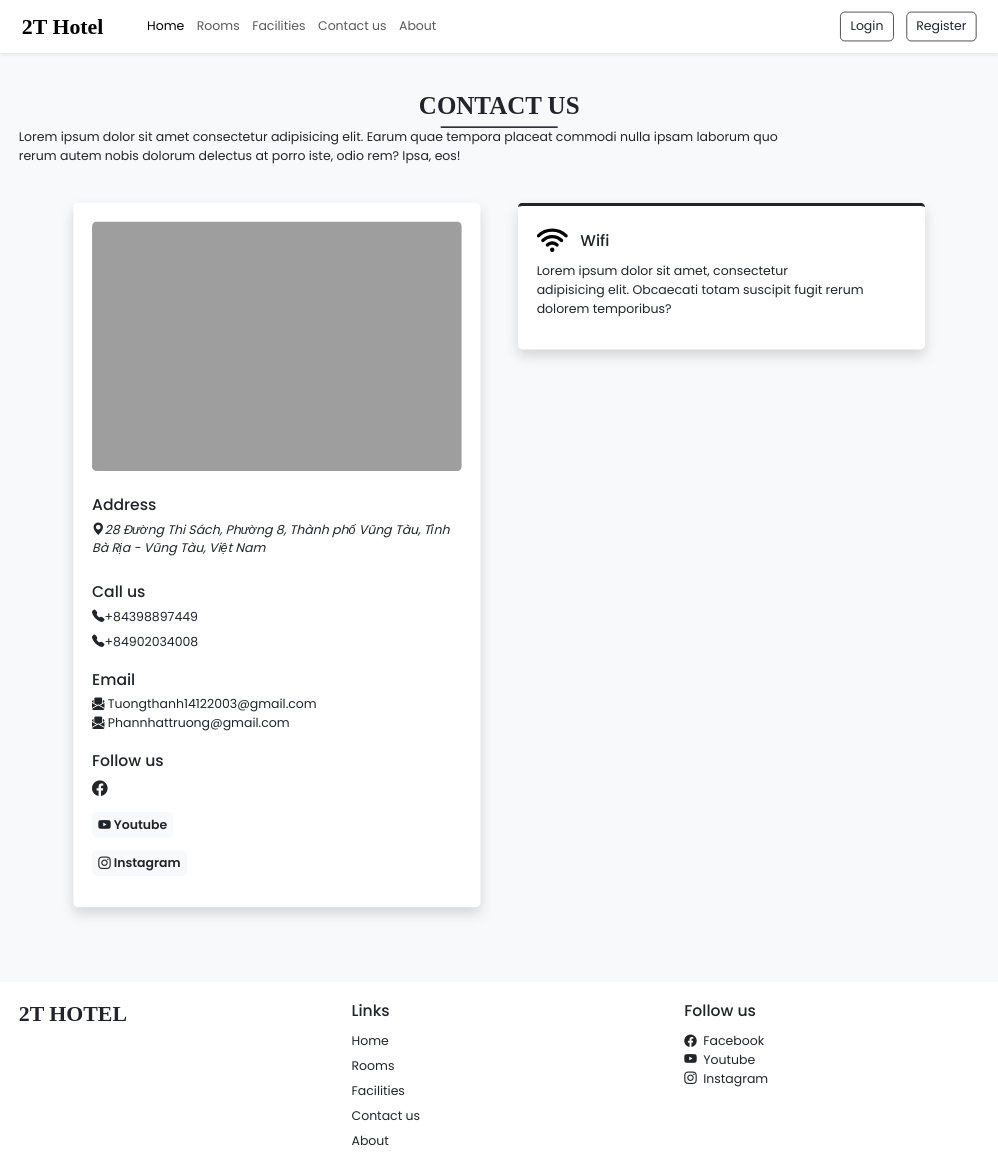
Repository: TaTongThanh2003/DoAnCoSo2024_BookingHotelWebsite
Page: http://localhost/WebsiteBookingHotel/contact.php
An editor plug-in stored every save of this project. The page is shown before and after the next save, followed by the edit.
The browser window is 1280 px wide. The pictures show the whole page, at 78% of full size.
Pictures or frames that could not be fetched are drawn as grey boxes. Some web fonts or font styles are not loaded; a fallback is used. The page is run by PHP 8.4 with error messages shown; the project is at /var/www/html/.

Above is the page before, as saved 2024-03-22 14:50:47.

After the next save:
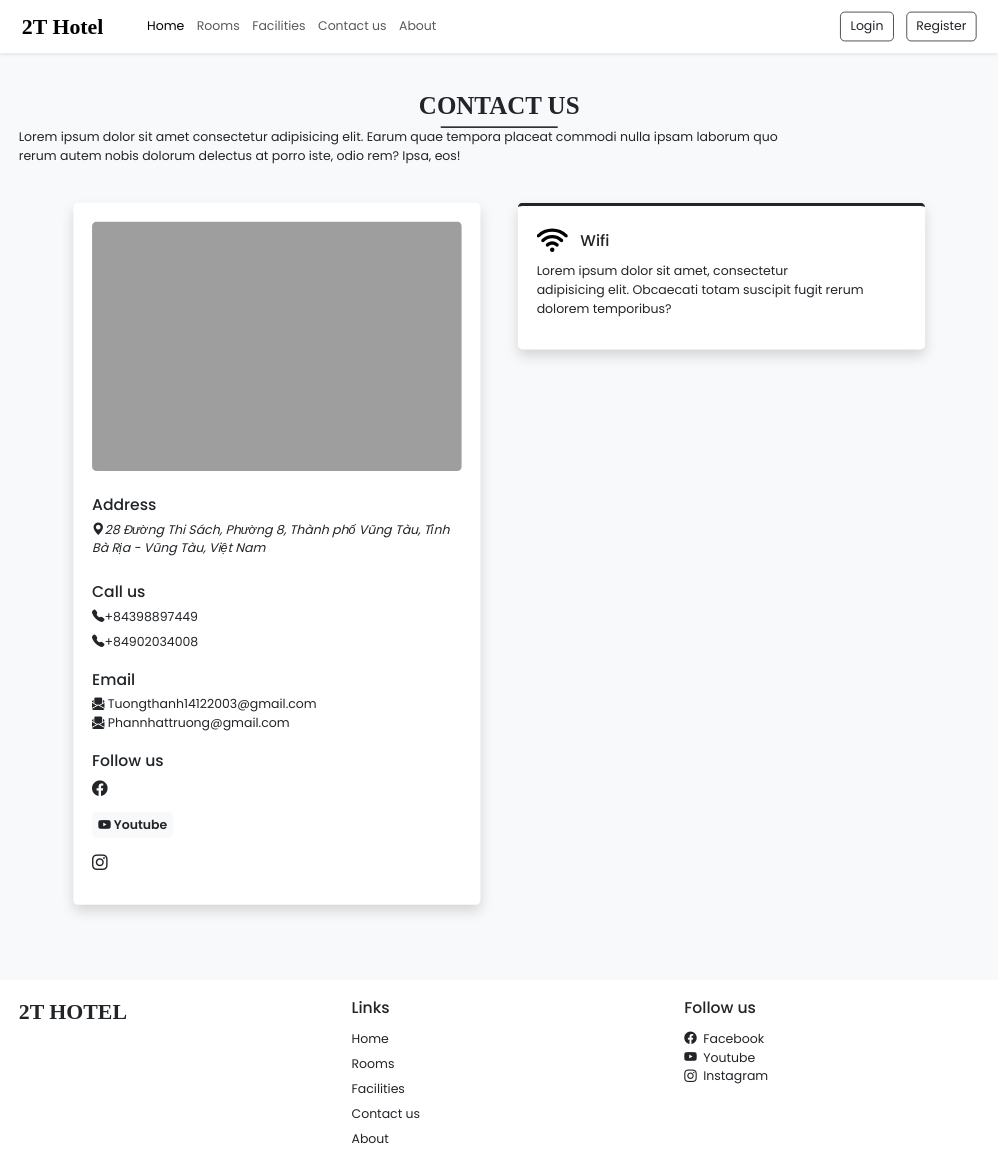
Saved 36 s later.
--- a/WebsiteBookingHotel/contact.php
+++ b/WebsiteBookingHotel/contact.php
@@ -67,16 +67,15 @@
                         <i class="bi bi-facebook mi-1"></i>
                     </a>
                     <br>
-                    <a href="#" class="d-inline-block mb-3">
+                    <a href="#" class="d-inline-block mb-3 text-dark fs-5 me-2">
                         <span class="badge bg-light text-dark fs-6 p-2">
                             <i class="bi bi-youtube"></i> Youtube
                         </span>
                     </a>
                     <br>
-                    <a href="#" class="d-inline-block mb-3">
-                        <span class="badge bg-light text-dark fs-6 p-2">
-                            <i class="bi bi-instagram"></i> Instagram
-                        </span>
+                    <a href="#" class="d-inline-block mb-3 text-dark fs-5 me-2">
+
+                        <i class="bi bi-instagram me-1"></i>
                     </a>
                 </div>
             </div>
